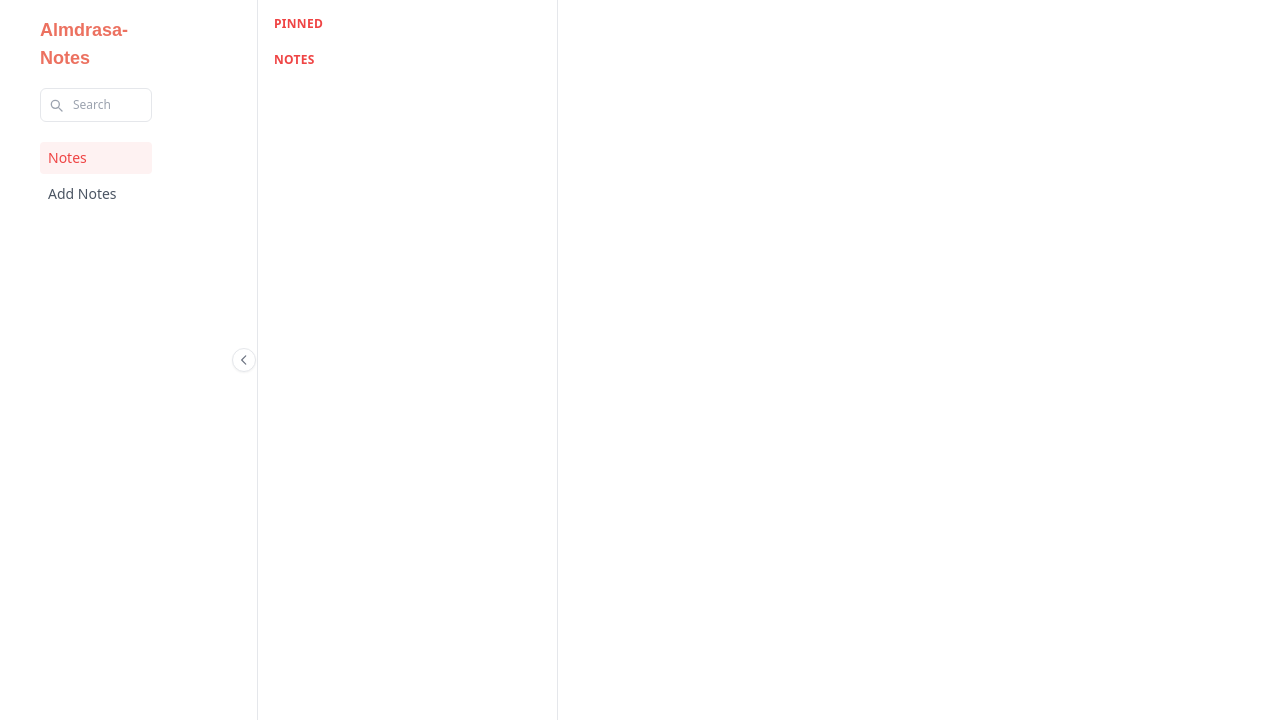
Repository: wafaa399/Note-App
Page: index.html
These files come from the project's save history. The page is drawn as it stood at one moment and after the next save; the edit follows.
The browser window is 1280 px wide. The pictures show the whole page.
Some web fonts or font styles are not loaded; a fallback is used. Some web libraries are served in a nearby version.

Above is the page before, as saved 2026-07-17 23:08:18.

### index.html
<!doctype html>
<html lang="en">
  <head>
    <meta charset="UTF-8" />
    <meta name="viewport" content="width=device-width, initial-scale=1.0" />
    <meta
      name="description"
      content="A notes application built with HTML, CSS, and JavaScript."
    />
    <meta name="keywords" content="notes, HTML, CSS, JavaScript" />
    <link rel="icon" href="/img/Logo.png" type="image/png" />
    <title>Note App</title>
    <script src="https://cdn.tailwindcss.com"></script>
    <link rel="preconnect" href="https://fonts.googleapis.com" />
    <link rel="preconnect" href="https://fonts.gstatic.com" crossorigin />
    <link
      href="https://fonts.googleapis.com/css2?family=Aclonica&display=swap"
      rel="stylesheet"
    />

    <script>
      tailwind.config = {
        theme: {
          extend: {
            fontFamily: {
              aclonica: ["Aclonica", "sans-serif"],
            },
          },
        },
      };
    </script>
  </head>
  <script
    type="module"
    src="https://unpkg.com/ionicons@7.1.0/dist/ionicons/ionicons.esm.js"
  ></script>

  <script
    nomodule
    src="https://unpkg.com/ionicons@7.1.0/dist/ionicons/ionicons.js"
  ></script>

  <body class="bg-gray-100 h-screen overflow-hidden text-sm text-gray-800">
    <div class="flex h-screen w-screen relative">
      <!--------SIDEBAR -------->
      <aside
        id="sidebar"
        class="bg-white border-r border-gray-200 flex-shrink-0 overflow-hidden pl-6 pt"
        style="width: 16.125rem"
      >
        <div class="p-4 w-36">
          <h1 class="font-aclonica text-[#EC7160] font-bold text-lg mb-4">
            Almdrasa-Notes
          </h1>

          <div class="relative mb-5">
            <input
              type="text"
              placeholder="Search"
              class="w-full text-xs border border-gray-200 rounded-md py-2 pl-8 pr-2 outline-none focus:ring-1 focus:ring-red-400"
            />
            <svg
              class="w-4 h-4 text-gray-400 absolute left-2 top-1/2 -translate-y-1/2"
              fill="none"
              stroke="currentColor"
              viewBox="0 0 24 24"
            >
              <path
                stroke-linecap="round"
                stroke-linejoin="round"
                stroke-width="2"
                d="M21 21l-4.35-4.35M17 11a6 6 0 11-12 0 6 6 0 0112 0z"
              />
            </svg>
          </div>

          <nav class="space-y-1">
            <button
              data-view="notes"
              class="nav-item w-full text-left px-2 py-1.5 rounded text-red-500 font-medium bg-red-50"
            >
              Notes
            </button>
            <button
              data-view="add"
              class="nav-item w-full text-left px-2 py-1.5 rounded text-gray-600 hover:bg-gray-50"
            >
              Add Notes
            </button>
          </nav>
        </div>
      </aside>

      <!-- ============ TOGGLE BUTTON ============ -->
      <button
        id="toggleBtn"
        class="absolute top-1/2 -translate-y-1/2 z-20 bg-white border border-gray-200 rounded-full w-6 h-6 flex items-center justify-center shadow-sm hover:bg-gray-50 transition-all"
        style="left: 232px"
      >
        <svg
          id="toggleIcon"
          class="w-3.5 h-3.5 text-gray-500 transition-transform"
          fill="none"
          stroke="currentColor"
          viewBox="0 0 24 24"
        >
          <path
            stroke-linecap="round"
            stroke-linejoin="round"
            stroke-width="2"
            d="M15 19l-7-7 7-7"
          />
        </svg>
      </button>

      <!-- ============ NOTES LIST ============ -->
      <section
        class="w-[300px] flex-shrink-0 border-r border-gray-200 bg-white overflow-y-auto"
      >
        <div class="p-4">
          <div class="mb-1">
            <p class="text-red-500 text-xs font-semibold mb-2 tracking-wide">
              PINNED
            </p>
            <div id="pinnedList" class="space-y-1"></div>
          </div>

          <div class="mt-5">
            <p class="text-red-500 text-xs font-semibold mb-2 tracking-wide">
              NOTES
            </p>
            <div id="notesList" class="space-y-1"></div>
          </div>
        </div>
      </section>

      <!-- ============ NOTE DETAIL ============ -->
      <main class="flex-1 overflow-y-auto bg-white">
        <div id="detailView" class="max-w-2xl mx-auto p-8"></div>
      </main>
    </div>
  </body>
</html>

After the next save:
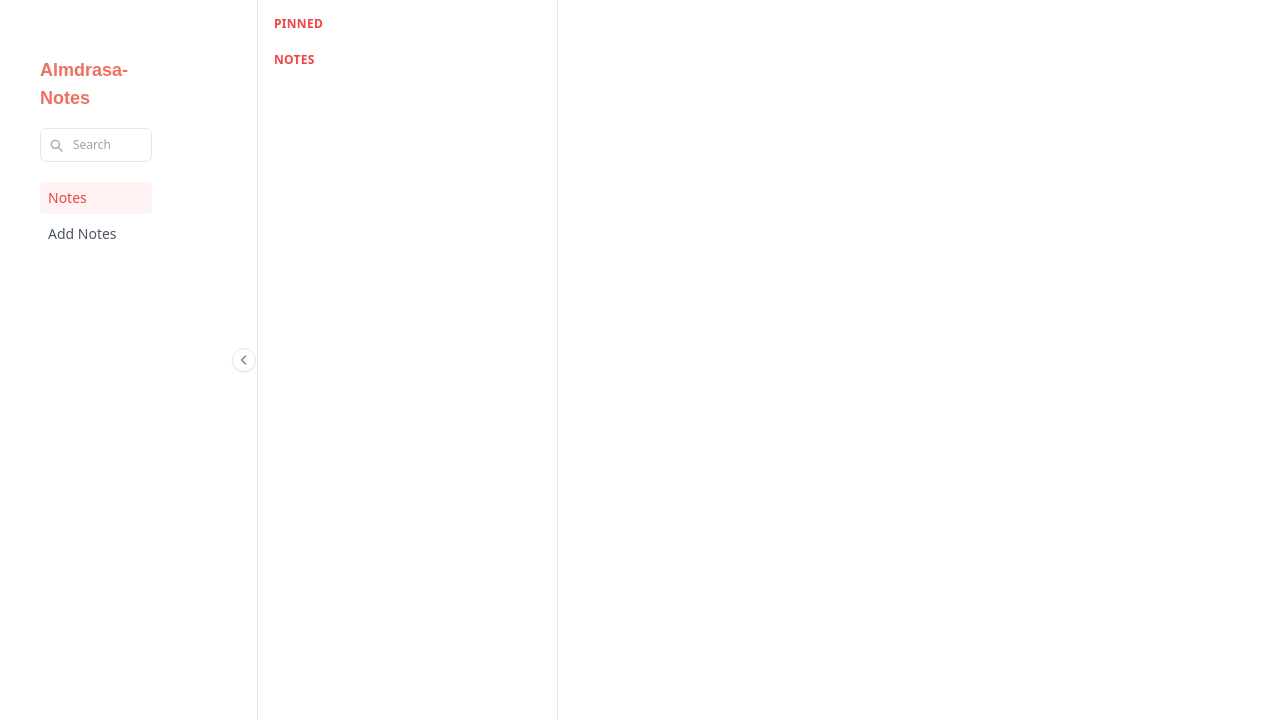
Saved 11 s later.
--- a/index.html
+++ b/index.html
@@ -45,7 +45,7 @@
       <!--------SIDEBAR -------->
       <aside
         id="sidebar"
-        class="bg-white border-r border-gray-200 flex-shrink-0 overflow-hidden pl-6 pt"
+        class="bg-white border-r border-gray-200 flex-shrink-0 overflow-hidden pl-6 pt-10"
         style="width: 16.125rem"
       >
         <div class="p-4 w-36">
